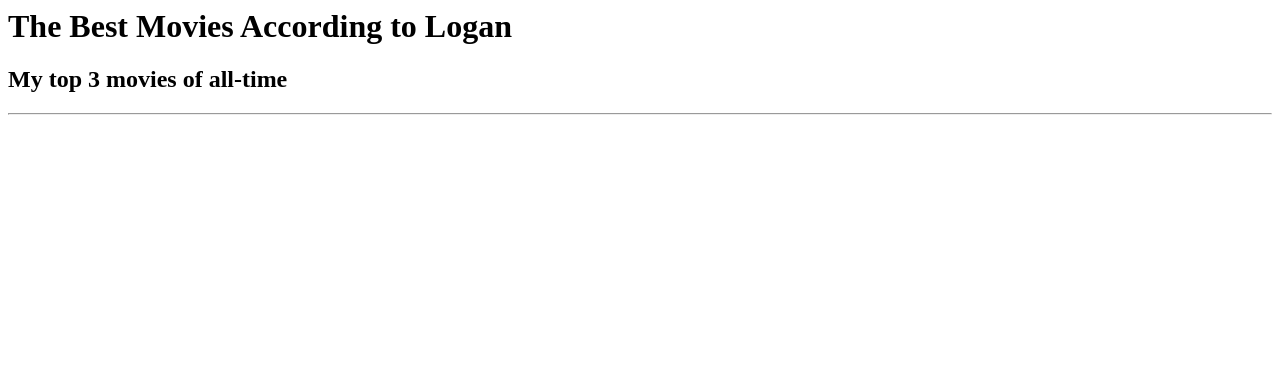
Repository: logan-lampton/python
Page: web-foundation/index.html
These files come from the project's save history. The page is drawn as it stood at one moment and after the next save; the edit follows.
The browser window is 1280 px wide. The pictures show the whole page.

Above is the page before, as saved 2023-08-23 15:47:43.

### web-foundation/index.html
<!-- Write your code below -->
<h1>The Best Movies According to Logan</h1>
<h2>My top 3 movies of all-time</h2>
<hr />
<h3></h3>
<p></p>
<h3></h3>
<p></p>
<h3></h3>
<p></p>

After the next save:
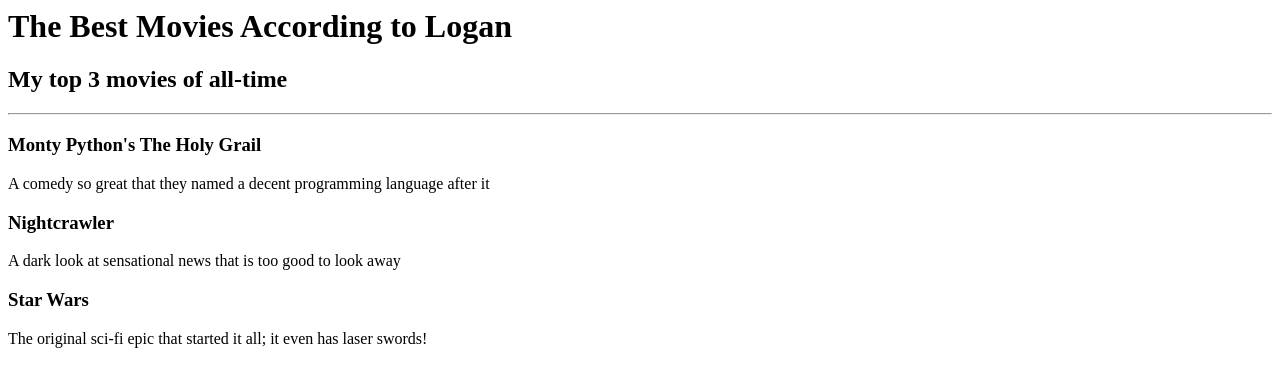
Saved 5 min 2 s later.
--- a/web-foundation/index.html
+++ b/web-foundation/index.html
@@ -2,9 +2,9 @@
 <h1>The Best Movies According to Logan</h1>
 <h2>My top 3 movies of all-time</h2>
 <hr />
-<h3></h3>
-<p></p>
-<h3></h3>
-<p></p>
-<h3></h3>
-<p></p>
+<h3>Monty Python's The Holy Grail</h3>
+<p>A comedy so great that they named a decent programming language after it</p>
+<h3>Nightcrawler</h3>
+<p>A dark look at sensational news that is too good to look away</p>
+<h3>Star Wars</h3>
+<p>The original sci-fi epic that started it all; it even has laser swords!</p>
